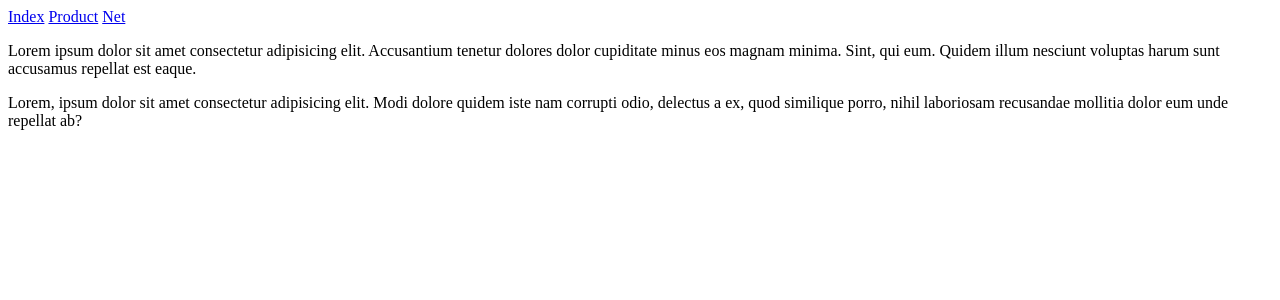
Repository: Nguyen-Toan-2004/du-an-test
Page: home.html
These files come from the project's save history. The page is drawn as it stood at one moment and after a run of saves; the edit follows.
The browser window is 1280 px wide. The pictures show the whole page.

Above is the page before, as saved 2025-10-16 20:32:57.

### home.html
<!DOCTYPE html>
<html lang="en">
  <head>
    <meta charset="UTF-8" />
    <meta name="viewport" content="width=device-width, initial-scale=1.0" />
    <title>Document</title>
  </head>
  <body>
    <a href="index.html">Index</a>
    <a href="product.htm">Product</a>
    <a href="net.htm">Net</a>
    <p>
      Lorem ipsum dolor sit amet consectetur adipisicing elit. Accusantium
      tenetur dolores dolor cupiditate minus eos magnam minima. Sint, qui eum.
      Quidem illum nesciunt voluptas harum sunt accusamus repellat est eaque.
    </p>
    <p>
      Lorem, ipsum dolor sit amet consectetur adipisicing elit. Modi dolore
      quidem iste nam corrupti odio, delectus a ex, quod similique porro, nihil
      laboriosam recusandae mollitia dolor eum unde repellat ab?
    </p>
  </body>
</html>

After the next 3 saves:
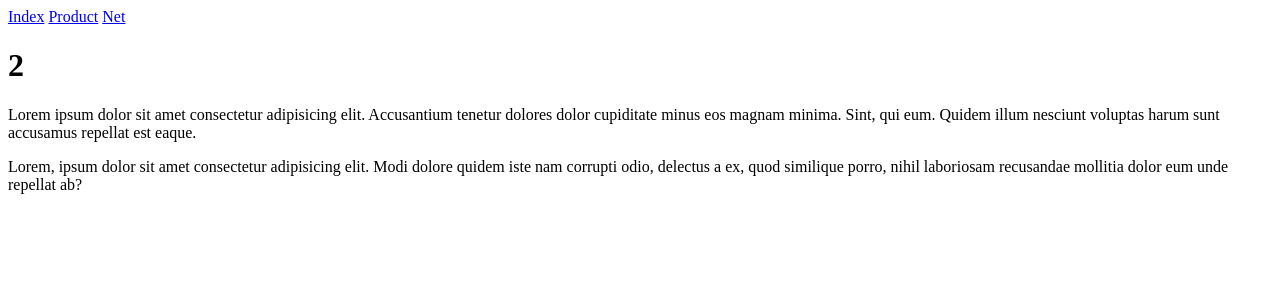
The 3 saves are shown as one change because they came seconds apart.
The last was saved 16 s later.
--- a/home.html
+++ b/home.html
@@ -9,6 +9,7 @@
     <a href="index.html">Index</a>
     <a href="product.htm">Product</a>
     <a href="net.htm">Net</a>
+    <h1>2</h1>
     <p>
       Lorem ipsum dolor sit amet consectetur adipisicing elit. Accusantium
       tenetur dolores dolor cupiditate minus eos magnam minima. Sint, qui eum.
